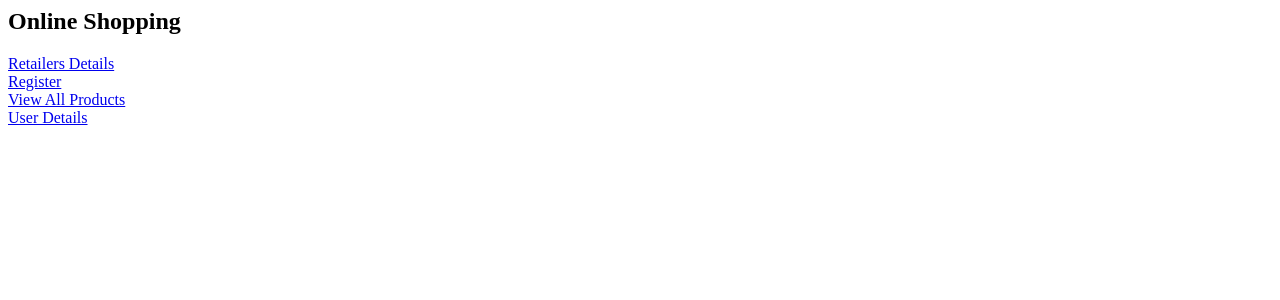
Repository: mihirhpanchal/Java-OnlineShopping
Page: http://localhost/onlineshopping/
These files come from the project's save history. The page is drawn as it stood at one moment and after the next save; the edit follows.
The browser window is 1280 px wide. The pictures show the whole page.
The page is served by Tomcat 9. Other server files are loaded and not shown.

Above is the page before, as saved 2019-11-21 03:09:16.

### onlineshopping/onlineshopping/src/main/webapp/index.jsp
<html>
<body>
<h2>Online Shopping</h2>
<a href="viewretailers.do">Retailers Details</a><br>
<a href="regproduct.html">Register</a><br>
<a href="viewallprod.do">View All Products</a><br>
<a href="userdetails.do">User Details</a><br>
</body>
</html>

After the next save:
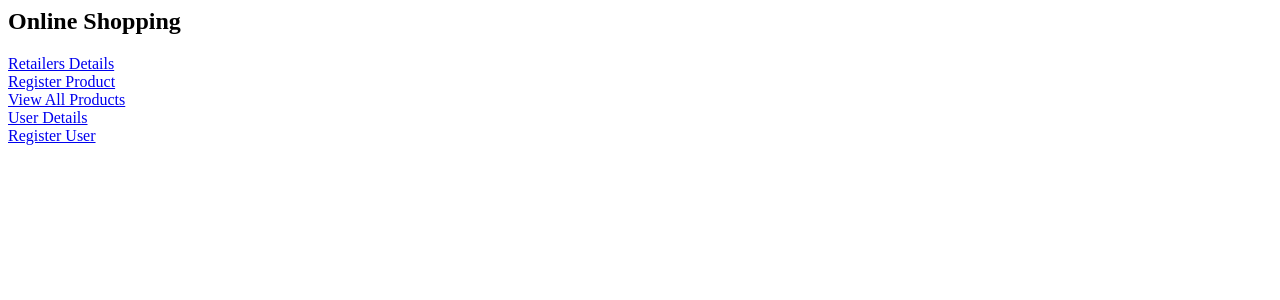
Saved 31 s later.
--- a/onlineshopping/onlineshopping/src/main/webapp/index.jsp
+++ b/onlineshopping/onlineshopping/src/main/webapp/index.jsp
@@ -2,8 +2,9 @@
 <body>
 <h2>Online Shopping</h2>
 <a href="viewretailers.do">Retailers Details</a><br>
-<a href="regproduct.html">Register</a><br>
+<a href="regproduct.html">Register Product</a><br>
 <a href="viewallprod.do">View All Products</a><br>
 <a href="userdetails.do">User Details</a><br>
+<a href="signup.do">Register User</a>
 </body>
 </html>
